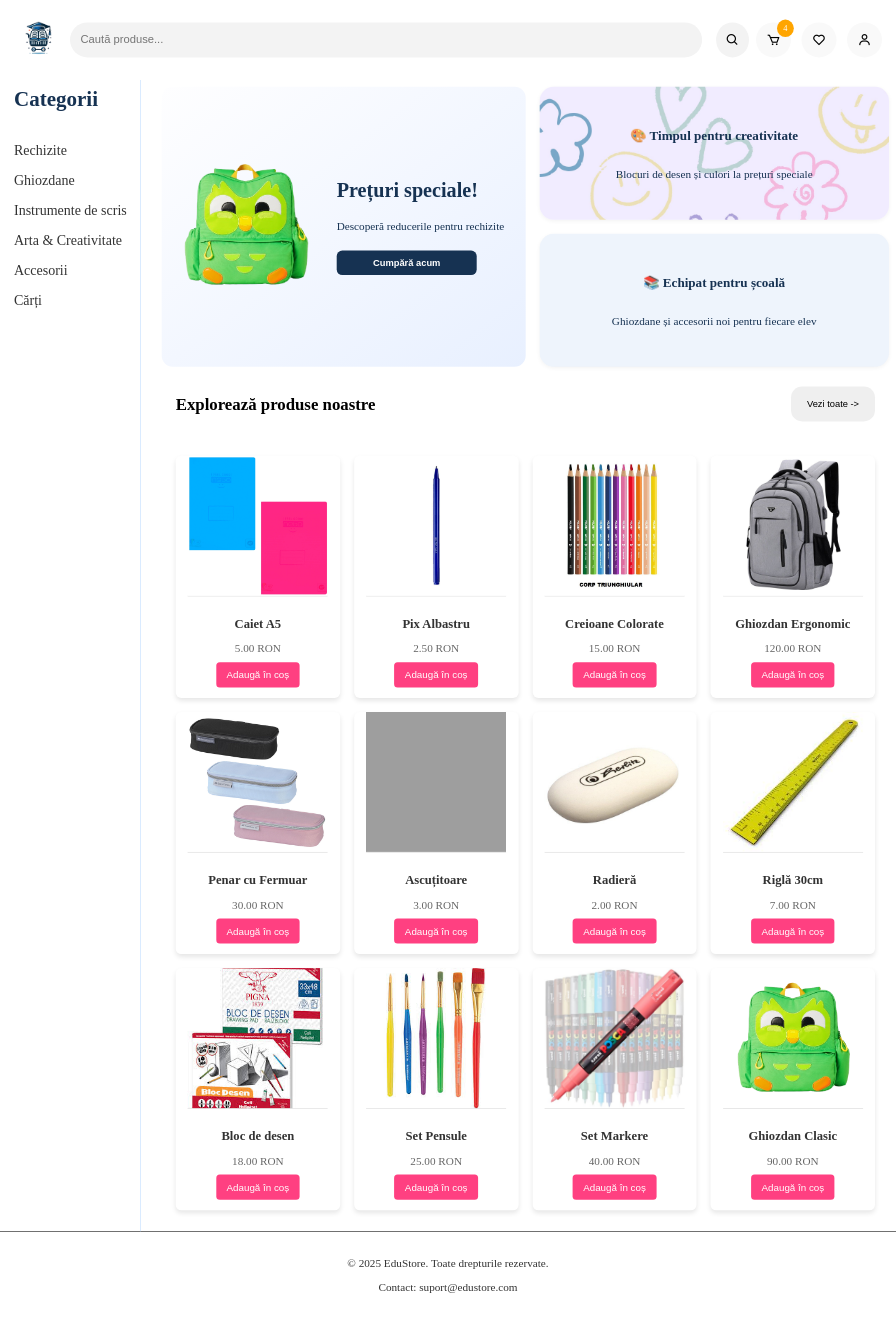
Repository: Roxana5504/WebDev-Project
Page: frontend/index.html
These files come from the project's save history. The page is drawn as it stood at one moment and after the next save; the edit follows.
The browser window is 1280 px wide. The pictures show the whole page, at 70% of full size.
Pictures or frames that could not be fetched are drawn as grey boxes.

Above is the page before, as saved 2025-04-23 17:24:18.

After the next save:
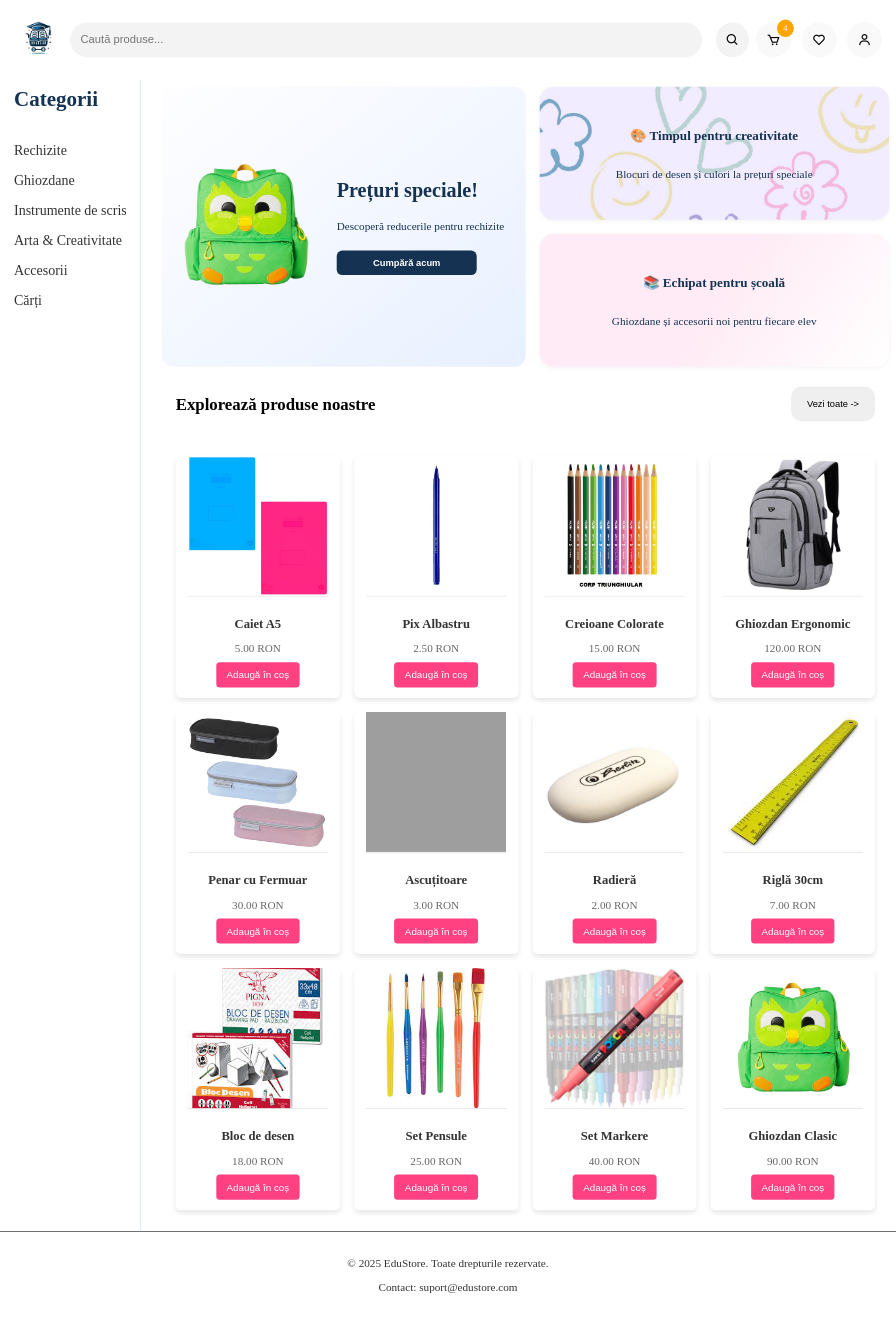
Saved 20 s later.
--- a/frontend/styles.css
+++ b/frontend/styles.css
@@ -334,7 +334,12 @@ body {
 }
 
 .banner-right-down {
-  background: #eef4fc;
+  background: #ffebf5;
+  background: linear-gradient(
+    124deg,
+    rgba(255, 235, 245, 1) 50%,
+    rgba(255, 255, 255, 1) 100%
+  );
   color: rgb(22, 50, 82);
 }
 
